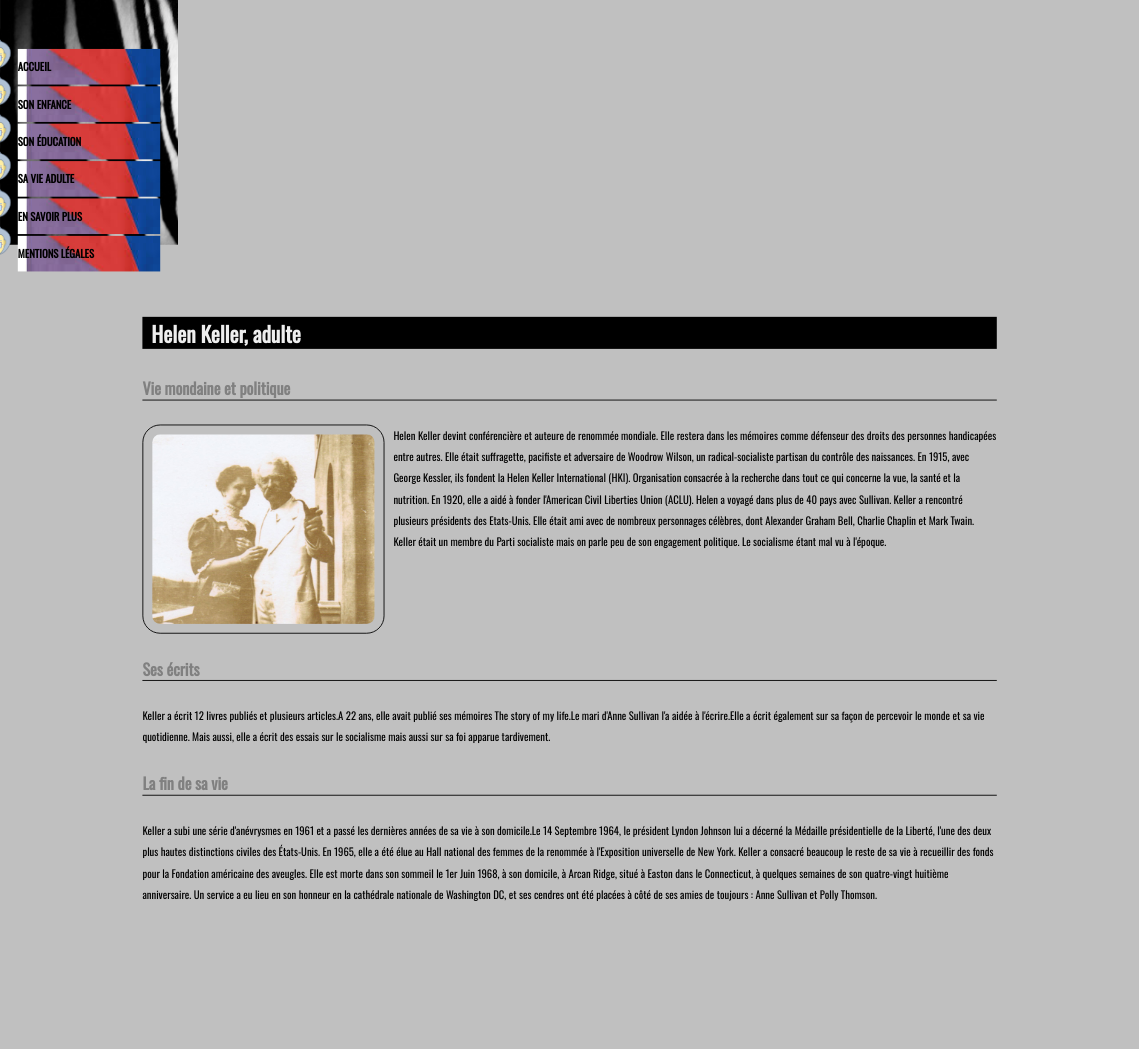
Repository: Luc010/Exercices
Page: HTML CSS/biographie_helen_keller/adulte.html
These files come from the project's save history. The page is drawn as it stood at one moment and after the next save; the edit follows.
The browser window is 1280 px wide. The pictures show the whole page, at 89% of full size.

Above is the page before, as saved 2019-09-04 15:13:57.

After the next save:
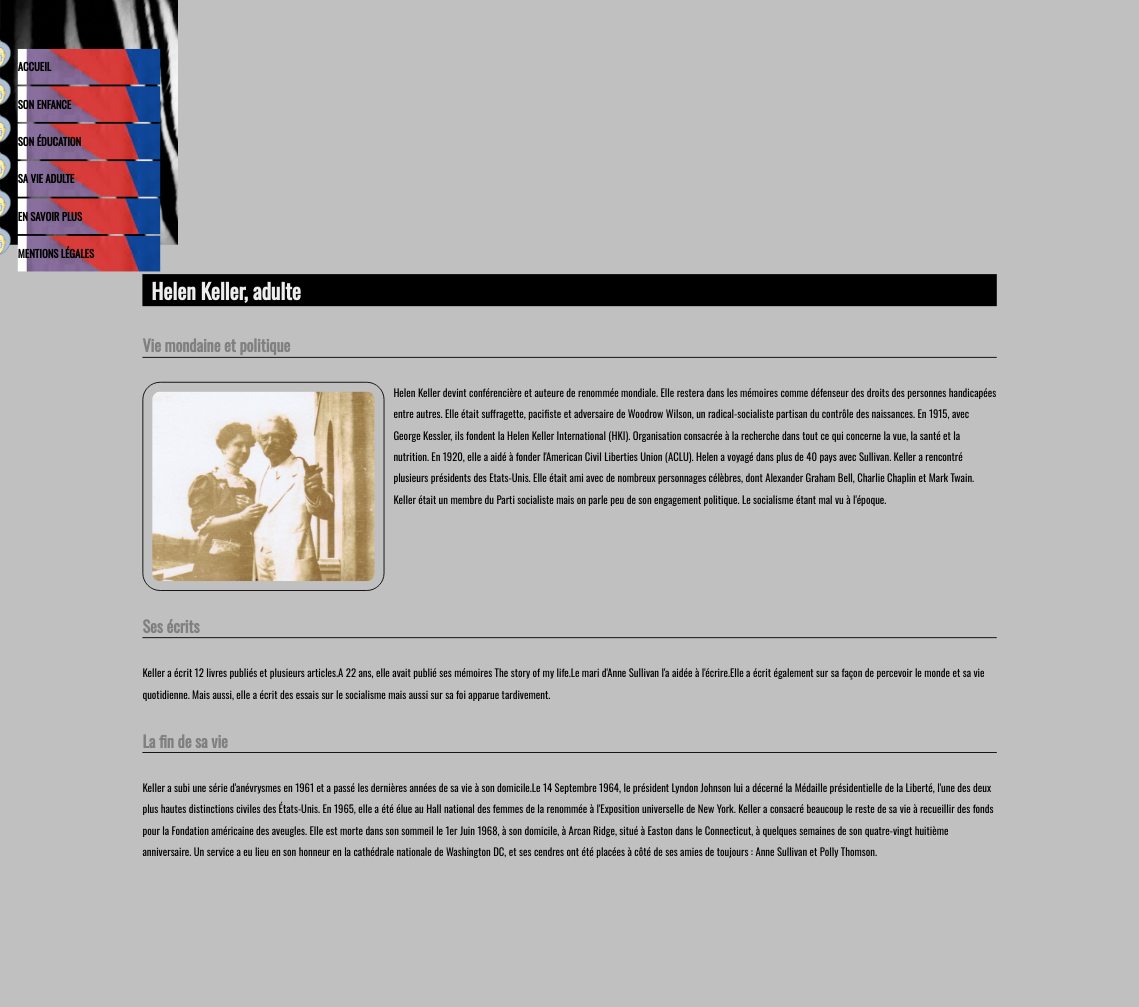
Saved 93 s later.
--- a/HTML CSS/biographie_helen_keller/style.css
+++ b/HTML CSS/biographie_helen_keller/style.css
@@ -39,7 +39,6 @@ body {
 }
 nav {
     width: 200px;
-    min-height: 300px;
     padding-top: 40px;
     background : url(img/img.jpg) no-repeat;
 }
